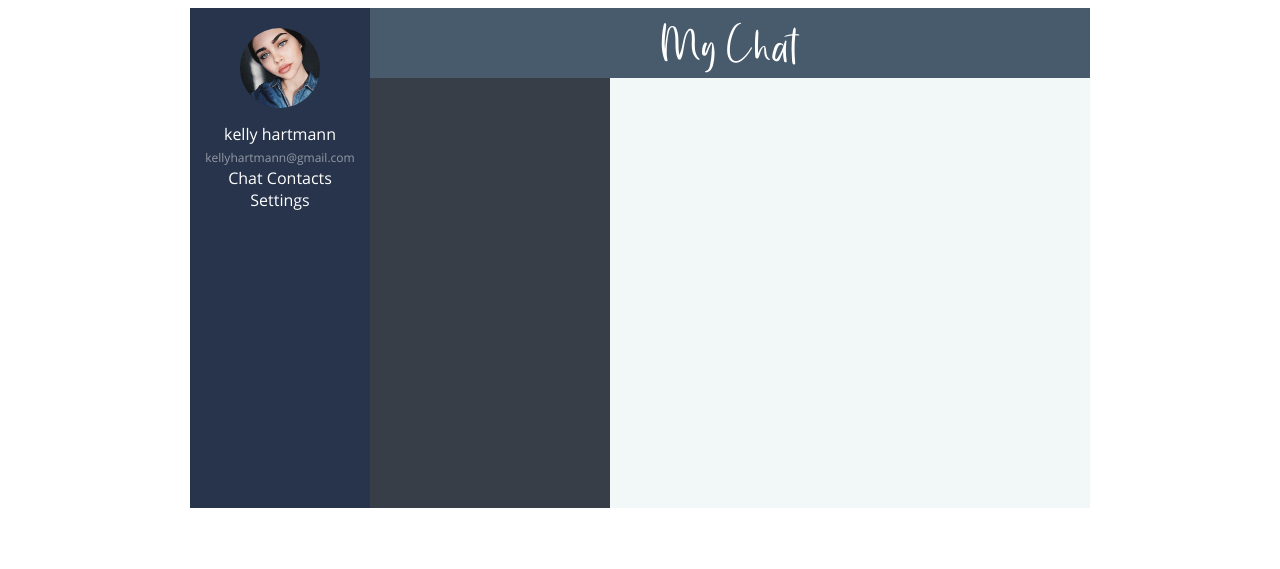
Repository: chathura226/SeekWork_Group_Project_I
Page: http://localhost/
These files come from the project's save history. The page is drawn as it stood at one moment and after the next save; the edit follows.
The browser window is 1280 px wide. The pictures show the whole page.
The page is run by PHP 8.4 with error messages shown; the project is at /var/www/html/.

Above is the page before, as saved 2023-12-02 13:57:37.

After the next save:
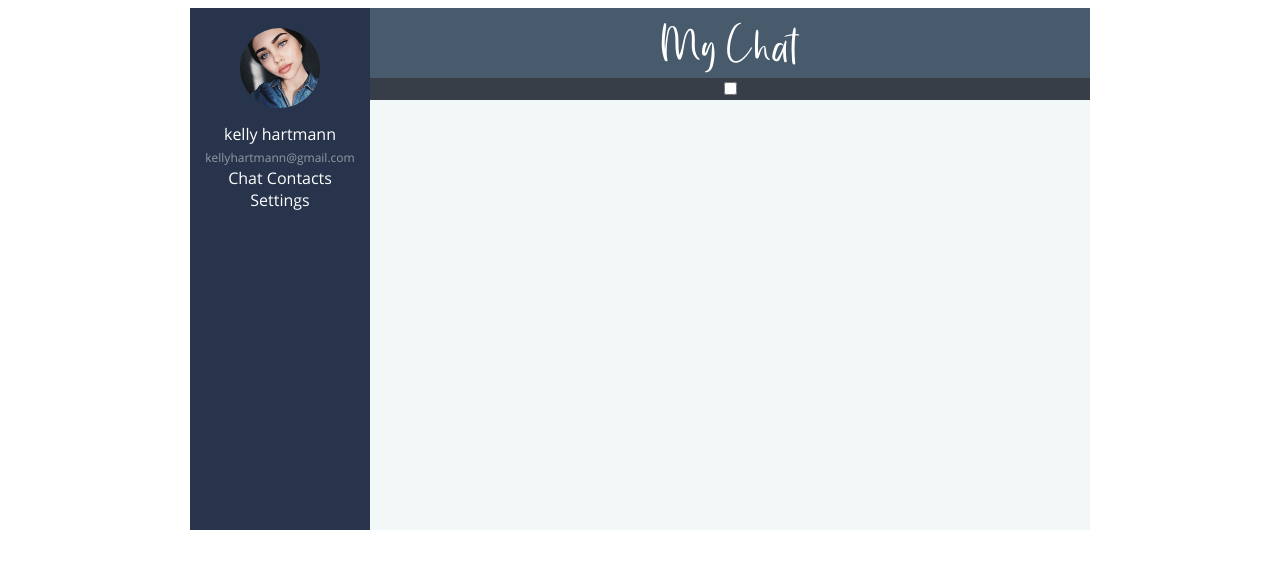
Saved 2 min 42 s later.
--- a/chat/index.php
+++ b/chat/index.php
@@ -95,15 +95,20 @@
                     kelly hartmann
                     <br>
                     <span style="font-size:12px; opacity:0.5;">kellyhartmann@gmail.com</span>
-                    <label>Chat</label>
-                    <label>Contacts</label>
-                    <label>Settings</label>
+                    <div>
+                        <label>Chat</label>
+                        <label>Contacts</label>
+                        <label>Settings</label>
+                    </div>
+
                 </div>
            </div>
            <div id="right_pannel">
               <div id="header" >My Chat</div>
                 <div id="container"  style="display: flex">
-                    <div id="inner_left_pannel"></div>
+                    <div id="inner_left_pannel">
+                        <input type="checkbox" id="box"
+                    </div>
                     <div id="inner_right_pannel"></div>
                 </div>
            </div>

After the save that followed:
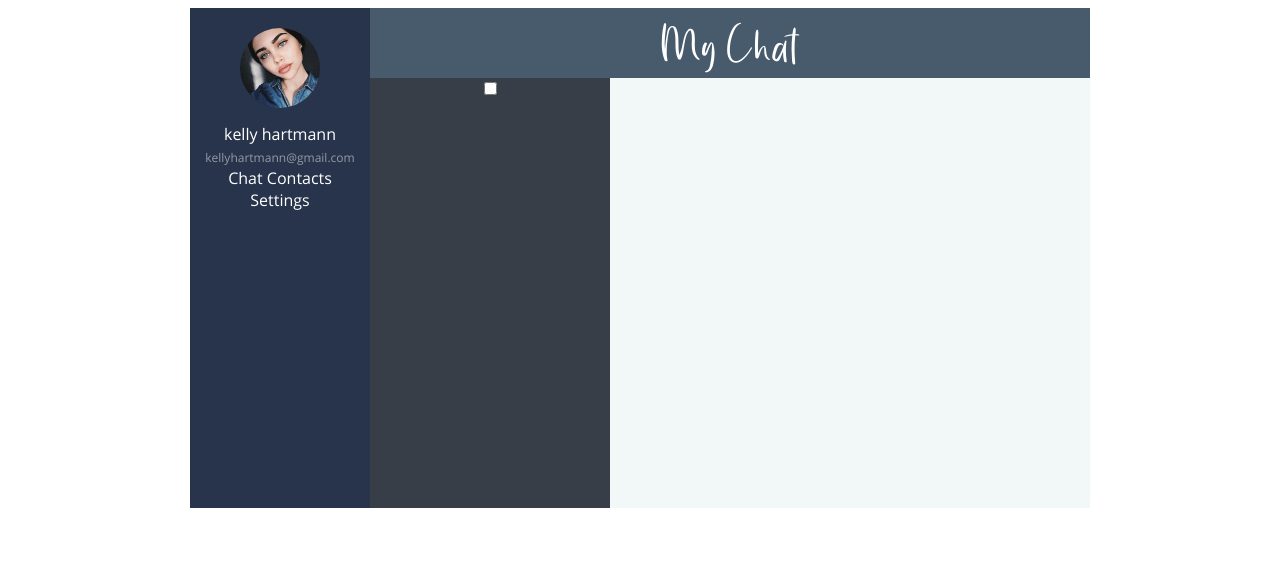
Saved 13 s later.
--- a/chat/index.php
+++ b/chat/index.php
@@ -107,7 +107,7 @@
               <div id="header" >My Chat</div>
                 <div id="container"  style="display: flex">
                     <div id="inner_left_pannel">
-                        <input type="checkbox" id="box"
+                        <input type="checkbox" id="box">
                     </div>
                     <div id="inner_right_pannel"></div>
                 </div>
